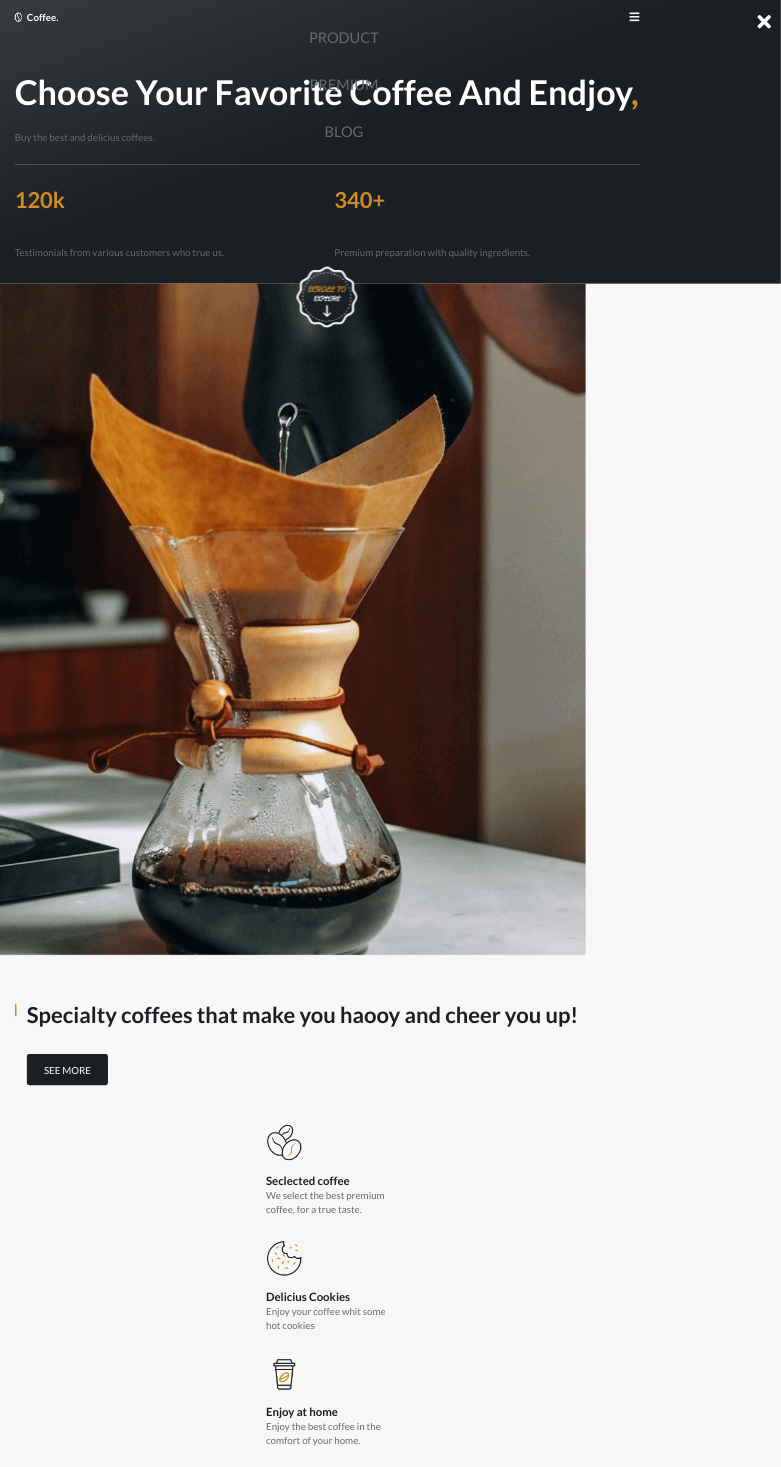
Repository: Nguyenductuan-dev/Website-coffee
Page: index.html
The author's editor kept a copy of each file at every save. The page is drawn from the files as they stood at one save, then again after a run of saves.
The browser window is 1280 px wide. The pictures show the whole page, at 61% of full size.

Above is the page before, as saved 2022-04-06 14:48:30.

After the next 2 saves:
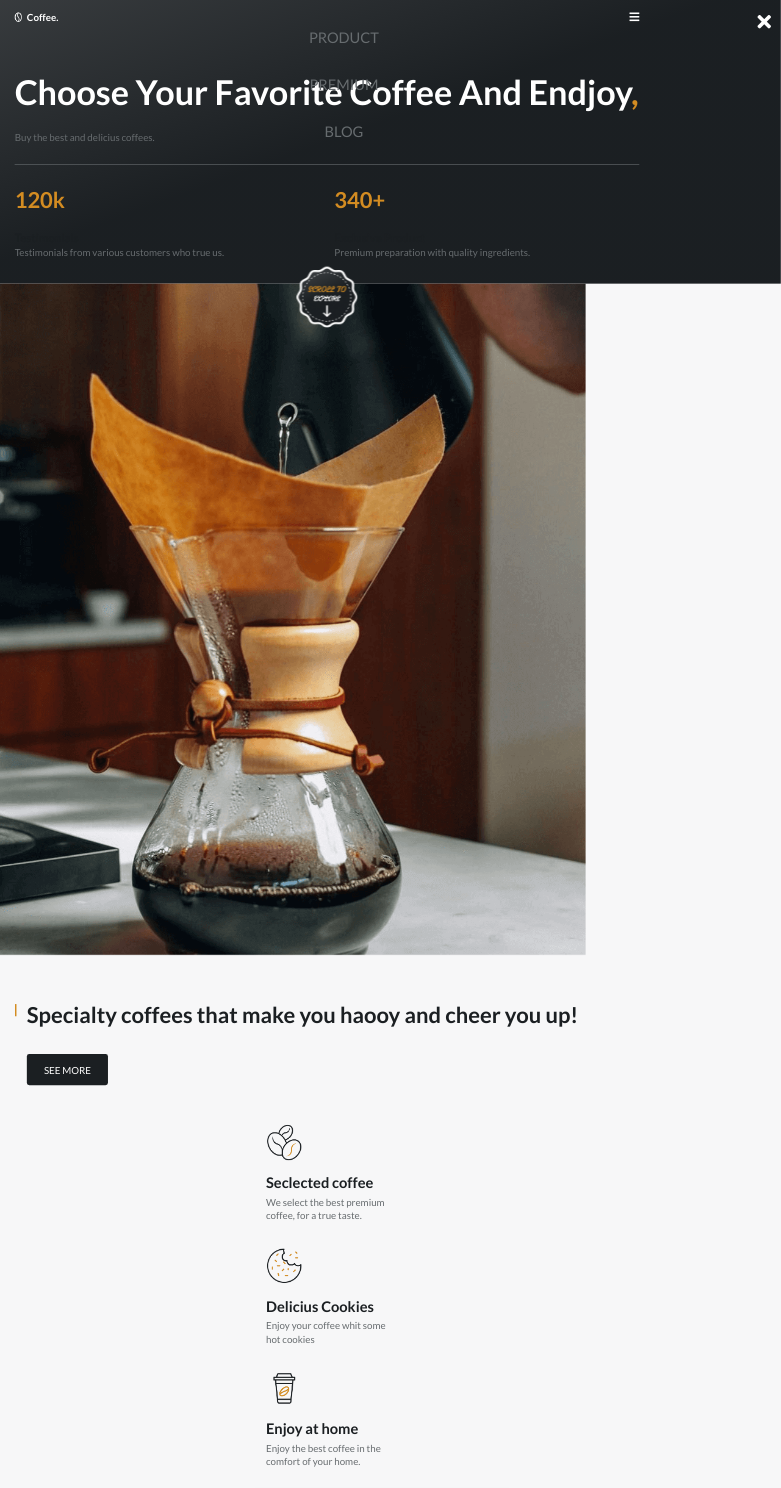
The 2 saves are shown as one change because they came seconds apart.
The last was saved 112 s later.
--- a/assets/css/style.css
+++ b/assets/css/style.css
@@ -291,3 +291,14 @@ button {
     margin-bottom: 1rem;
     transition: .4s;
 }
+.specialty__group {
+    text-align: center;
+
+}
+.specialty__title {
+    font-size: var(--h2-font-size);
+    margin-bottom: .25rem;
+}
+.specialty__group:hover .specialty__img {
+    transform: translateY(-.25rem);
+}
